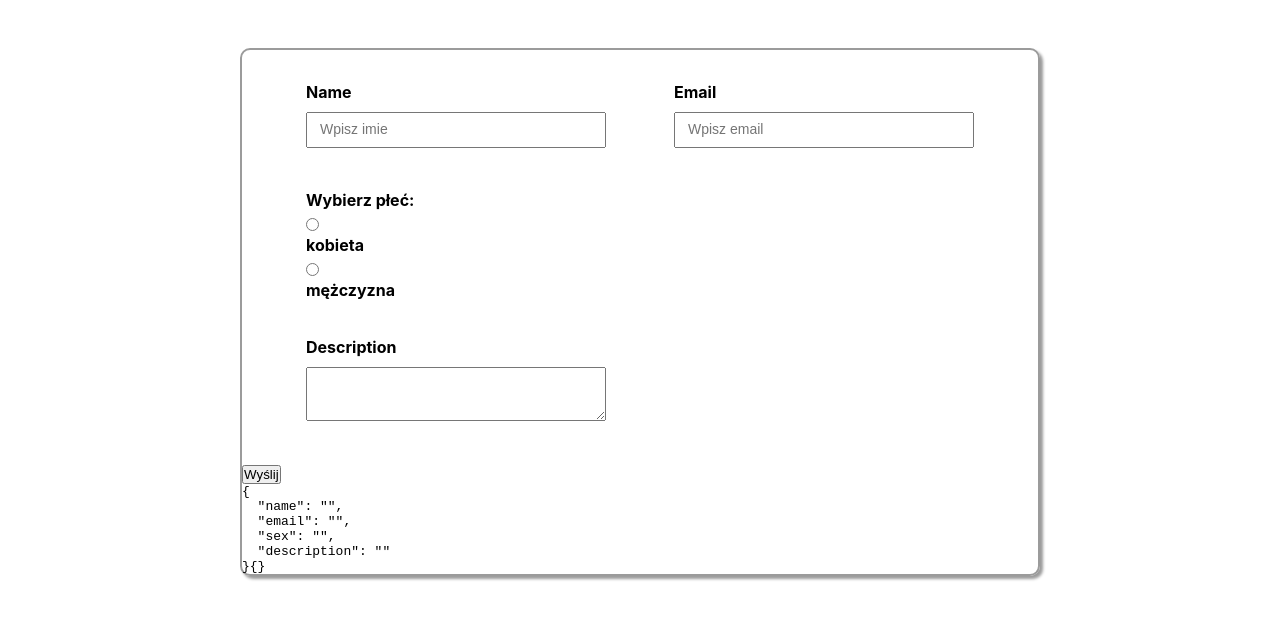
Repository: KrzysKolo/sr_tydzien4_zad3
Page: /
The author's editor kept a copy of each file at every save. The page is drawn from the files as they stood at one save, then again after the next save.
The browser window is 1280 px wide. The pictures show the whole page.
The project was rebuilt for these pictures with package versions that can differ from the ones it lists, and the page was loaded fresh each time. Also part of the build but not shown: src/components/FormComponents/TextError.js.

Above is the page before, as saved 2020-11-19 13:44:45.

After the next save:
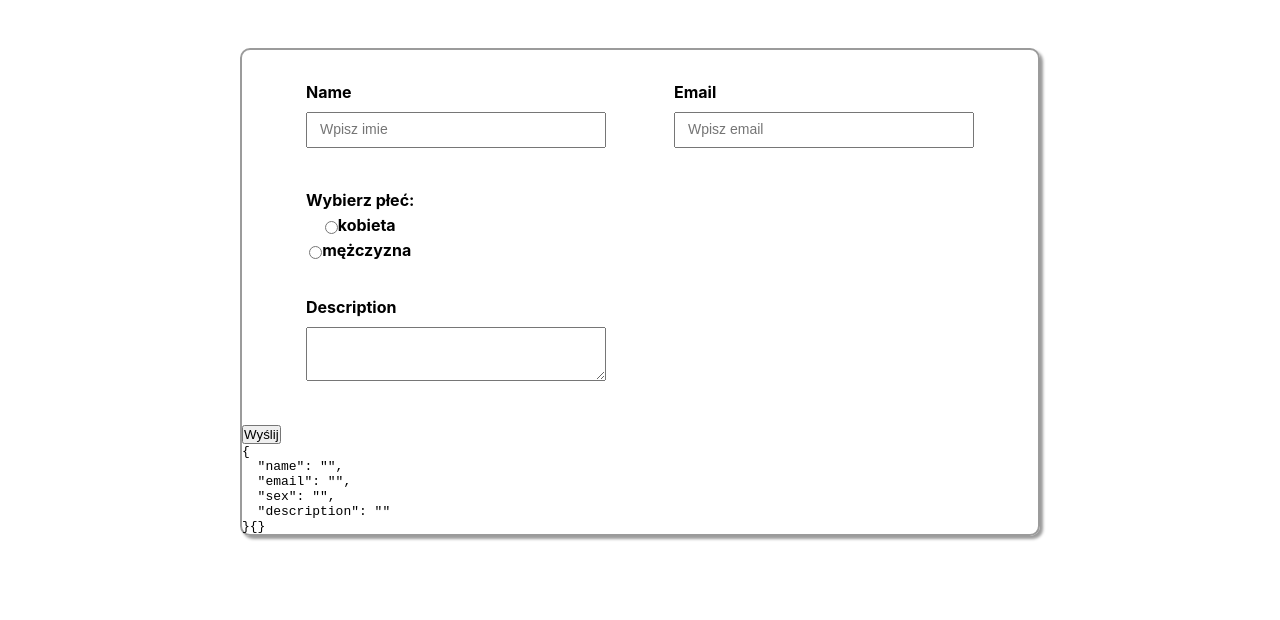
Saved 27 s later.
--- a/src/App.css
+++ b/src/App.css
@@ -36,3 +36,8 @@ textarea {
 .error {
   color: red;
 }
+.row {
+  display: flex;
+  flex-direction: row;
+  justify-content: center;
+}
